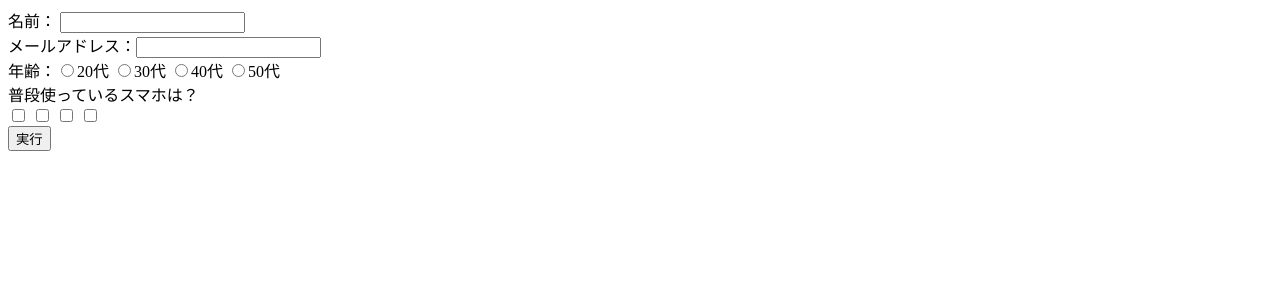
Repository: 777yuuki/samurai_HTML-CSS
Page: javascript/DemoCode.html
The author's editor kept a record of every edit. The page is drawn from the files as they stood at one moment, then again after the next edit.
The browser window is 1280 px wide. The pictures show the whole page.

Above is the page before.

After the next edit:
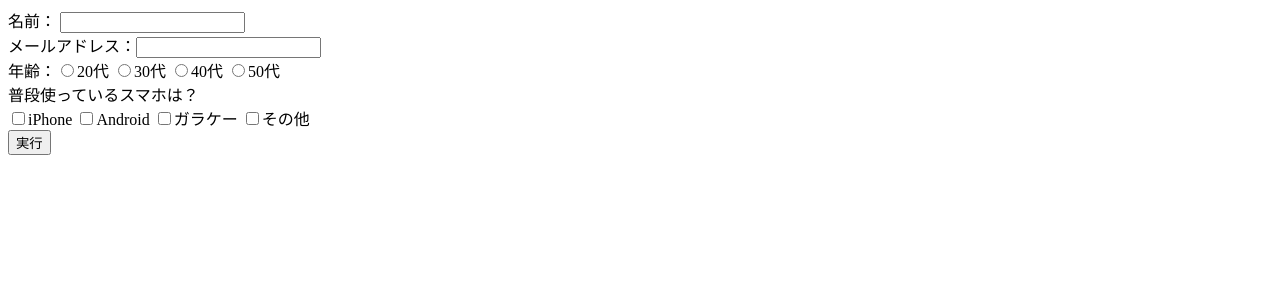
The edit:
--- a/javascript/DemoCode.html
+++ b/javascript/DemoCode.html
@@ -19,10 +19,10 @@
              <input type="radio" name="age" value="50"/>50代<br/>
 
         <label>普段使っているスマホは？</label><br/>
-        <input type="checkbox" name="os" value=""/>
-        <input type="checkbox" name="os" value=""/>
-        <input type="checkbox" name="os" value=""/>
-        <input type="checkbox" name="os" value=""/>
+        <input type="checkbox" name="os" value="iphoue"/>iPhone
+        <input type="checkbox" name="os" value="android"/>Android
+        <input type="checkbox" name="os" value="ガラケー"/>ガラケー
+        <input type="checkbox" name="os" value="other"/>その他
 
     </form>
 
